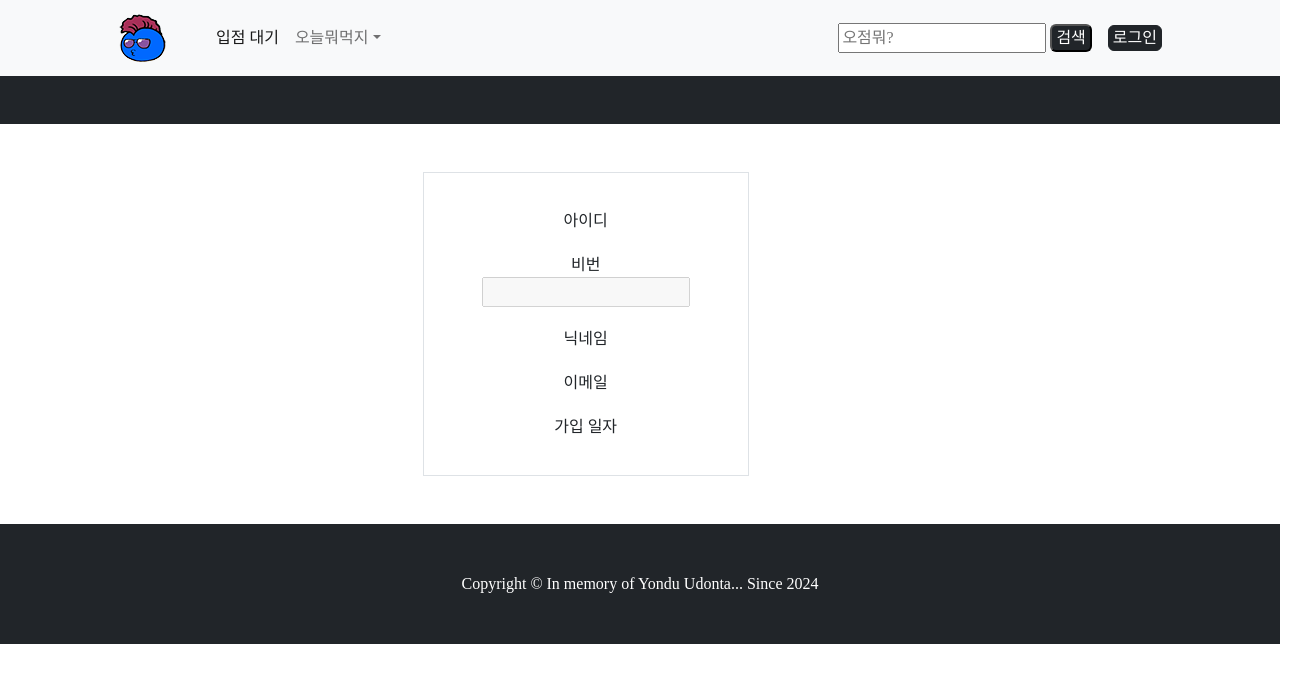
Repository: ashwan94/ydzone
Page: http://localhost/YonduZone/user/view
An editor plug-in stored every save of this project. The page is shown before and after the next save, followed by the edit.
The browser window is 1280 px wide. The page is 1292 px wide, so the pictures cover 1292 px, including what lies to the right of the window. The pictures show the whole page.
Some web fonts or font styles are not loaded; a fallback is used. The page is served by Tomcat 9.

Above is the page before, as saved 2024-04-28 11:37:51.

After the next save:
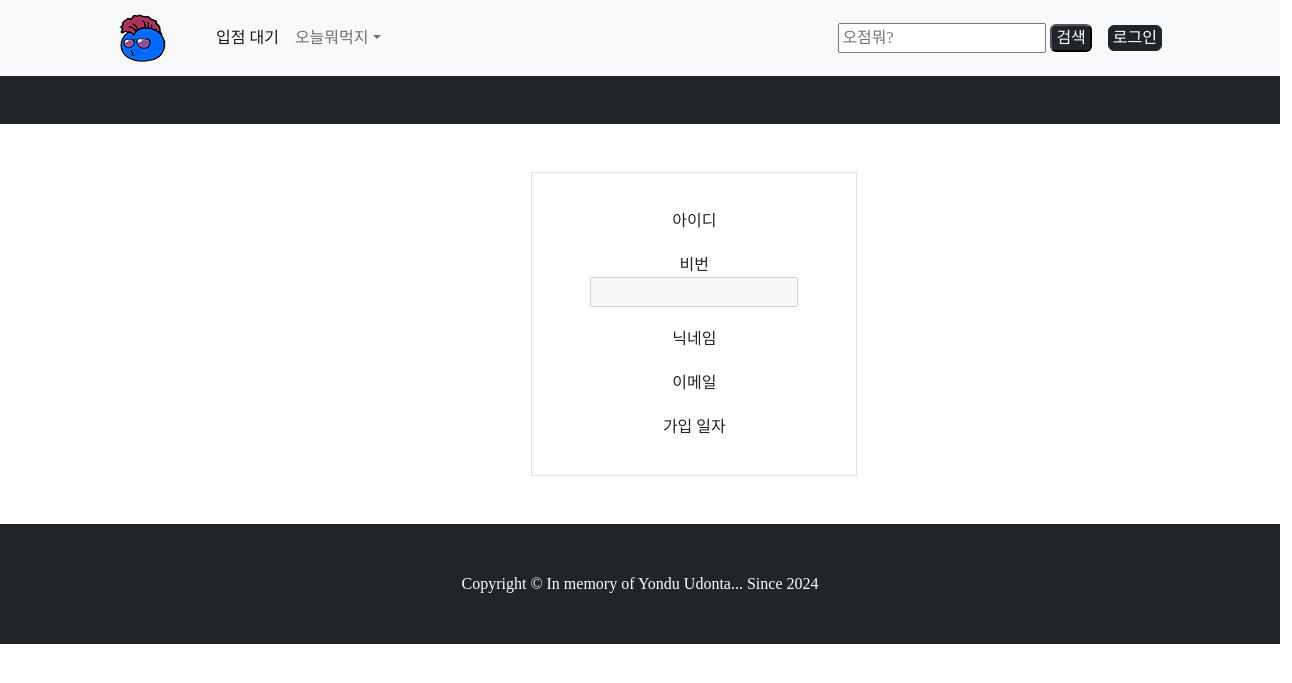
Saved 7 s later.
--- a/YonduZone/src/main/webapp/WEB-INF/views/user/view.jsp
+++ b/YonduZone/src/main/webapp/WEB-INF/views/user/view.jsp
@@ -12,7 +12,7 @@
 
 <c:set var="user" value="${userInfo }" />
 <div class="row my-5">
-	<div class="col-4"></div>
+	<div class="col-5"></div>
 	<div class="col-3 text-center border p-3 userInfo">
 		<div>아이디 <br> ${user.id }</div>
 		<div>
@@ -21,7 +21,7 @@
 		<div>닉네임 <br> ${user.nickname }</div>
 		<div>이메일 <br> ${user.email }</div>
 		<div>가입 일자<br> ${user.createDate }</div>
-		<div class="col-5"></div>
+		<div class="col-4"></div>
 	</div>
 </div>
 <jsp:include page="/WEB-INF/views/common/footer.jsp" />
